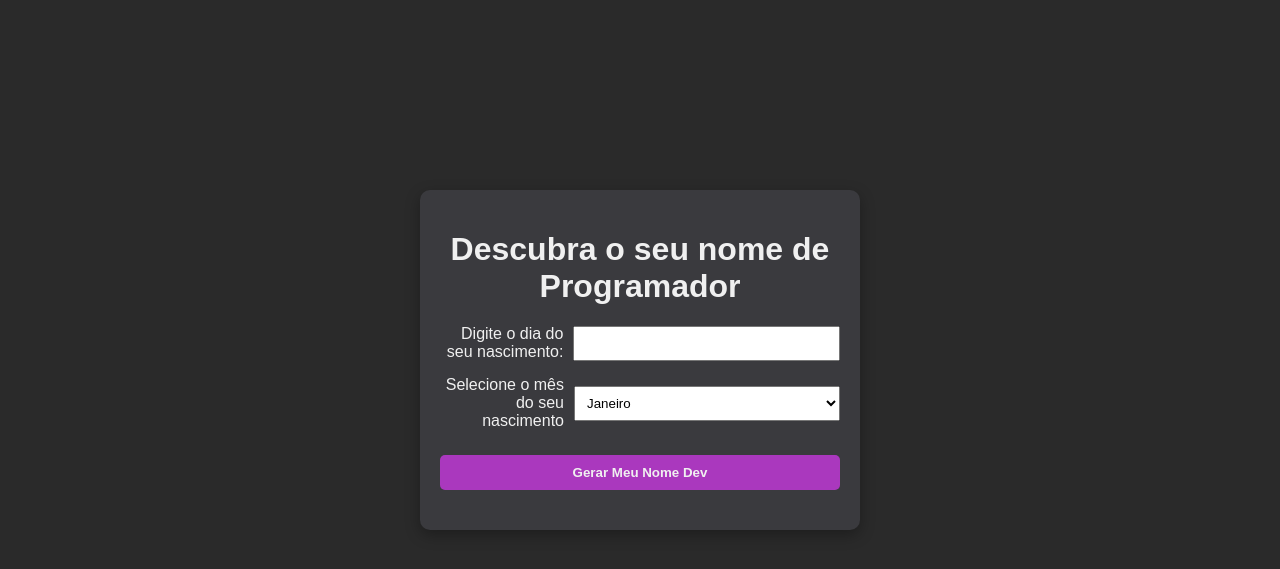
Repository: analessp/seu-nome-dev
Page: index.html
An editor plug-in stored every save of this project. The page is shown before and after the next save, followed by the edit.
The browser window is 1280 px wide. The pictures show the whole page.

Above is the page before, as saved 2025-05-13 11:39:07.

After the next save:
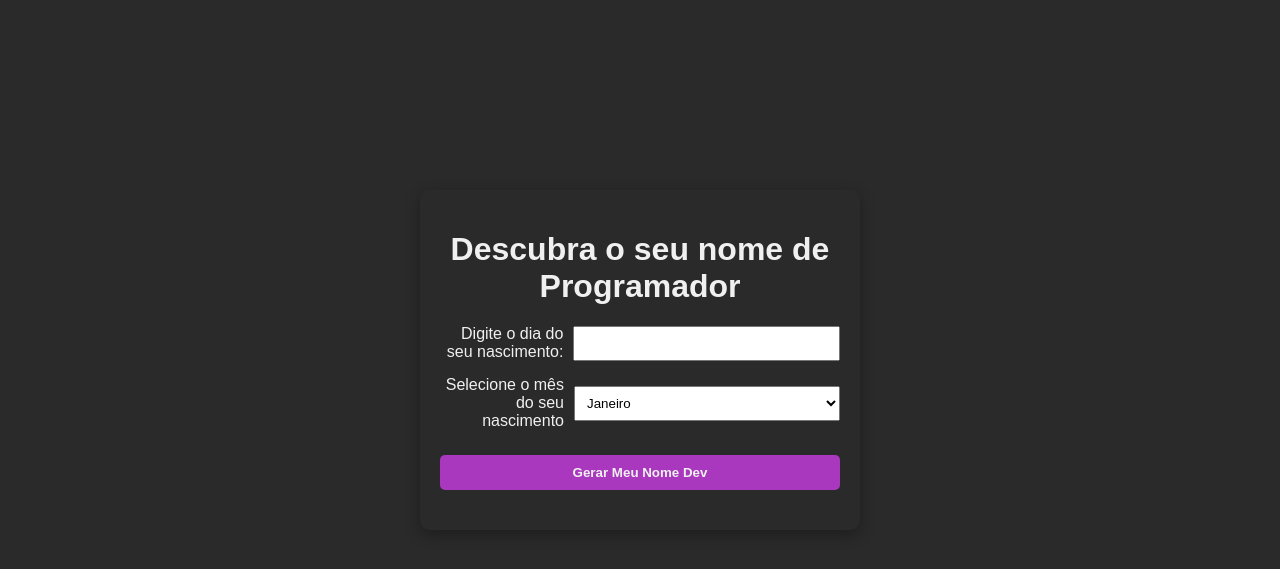
Saved 5 s later.
--- a/styles.css
+++ b/styles.css
@@ -10,6 +10,7 @@ body {
 }
 
 .container {
+    width: 400px
     background-color: #3a3a3e;
     padding: 20px;
     border-radius: 10px;
